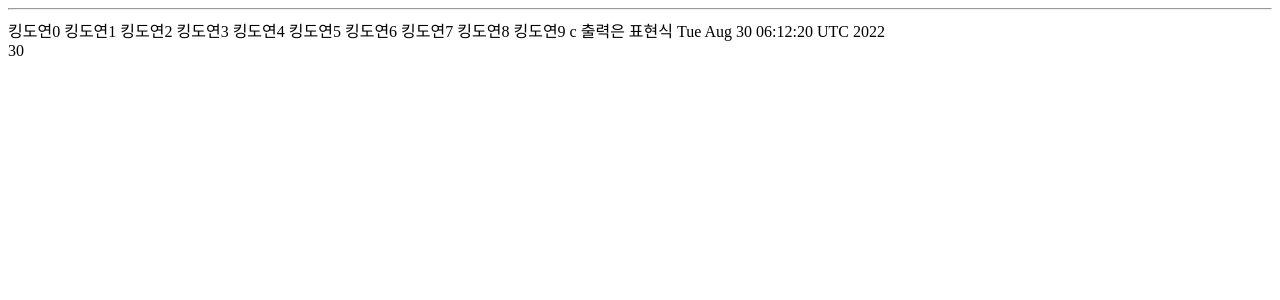
Repository: cordingdodo/javaworks2
Page: http://localhost/practice01/
The author's editor kept a copy of each file at every save. The page is drawn from the files as they stood at one save, then again after the next save.
The browser window is 1280 px wide. The pictures show the whole page.
The page is served by Tomcat 9.

Above is the page before, as saved 2022-10-11 06:00:04.

After the next save:
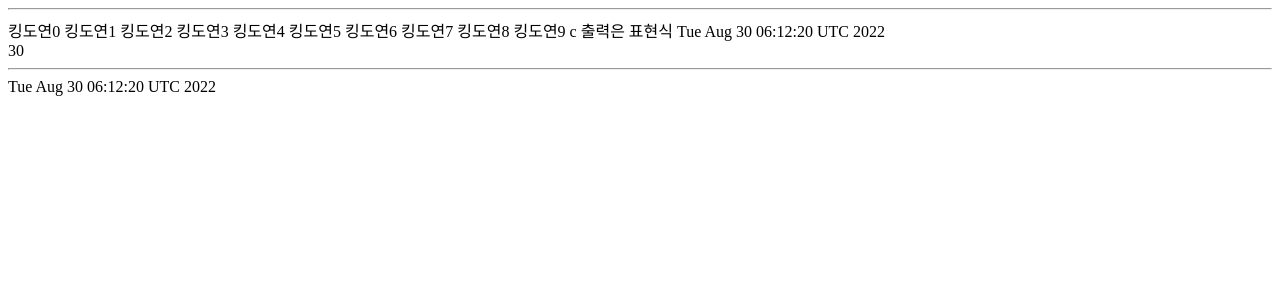
Saved 26 s later.
--- a/practice01/WebContent/index.jsp
+++ b/practice01/WebContent/index.jsp
@@ -33,8 +33,10 @@
 
 	//<%!--<%=c <- 얘를 표현식이라고 함  --%>
 
-<div id="result"><!--각주 --><%=c %>
-
+<div id="result"><!--각주 -->
+<%=c %>
+<hr>
+<%=now %>
 </div>
 </body>
 </html>
